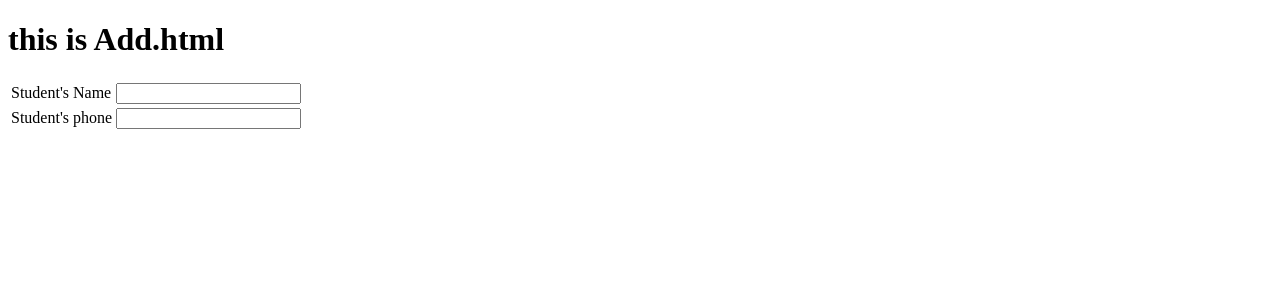
Repository: jks2127/SMS-webApp
Page: sms 1.2/WebContent/Add.html
The author's editor kept a copy of each file at every save. The page is drawn from the files as they stood at one save, then again after the next save.
The browser window is 1280 px wide. The pictures show the whole page.

Above is the page before, as saved 2021-06-12 09:54:26.

### sms 1.2/WebContent/Add.html
<!DOCTYPE html>
<html>
<head>
<meta charset="ISO-8859-1">
<title>Insert title here</title>
</head>
<body>
	<h1> this is Add.html</h1>
	<form action="Add">
		<table>
			<tr>
				<td>Student's Name</td>
				<td><input type="text" name="st_name"></td>
			</tr>
			<tr>
				<td>Student's phone</td>
				<td><input type="number" name="st_phone"></td>
			</tr>

		</table>
	</form>
</body>
</html>

After the next save:
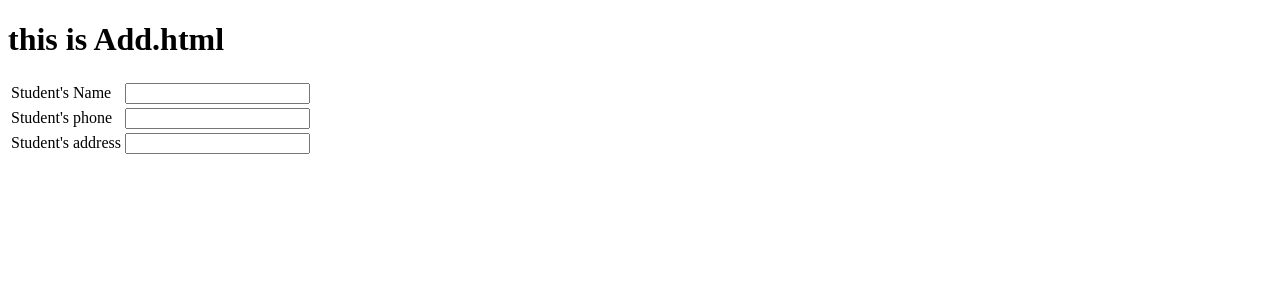
Saved 81 s later.
--- a/sms 1.2/WebContent/Add.html
+++ b/sms 1.2/WebContent/Add.html
@@ -16,7 +16,10 @@
 				<td>Student's phone</td>
 				<td><input type="number" name="st_phone"></td>
 			</tr>
-
+			<tr>
+				<td>Student's address</td>
+				<td><input type="text" name="st_address"></td>
+			</tr>
 		</table>
 	</form>
 </body>
